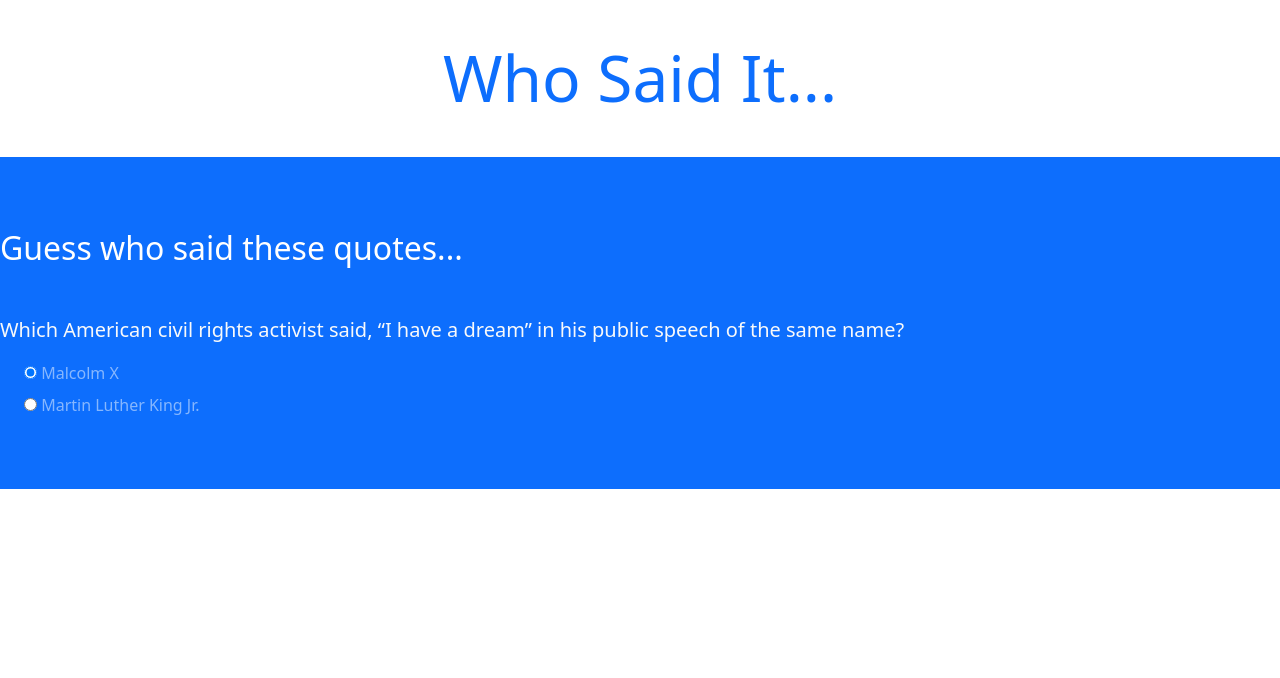
Repository: julihocc/Presentation-02-Forms-with-vanilla-JS
Page: index.html
An editor plug-in stored every save of this project. The page is shown before and after the next save, followed by the edit.
The browser window is 1280 px wide. The pictures show the whole page.

Above is the page before, as saved 2022-09-27 13:47:31.

### index.html
<!-- step 0.1: create HTML5 template -->
<!DOCTYPE html>
<html lang="en">

<head>
    <meta charset="UTF-8">
    <meta http-equiv="X-UA-Compatible" content="IE=edge">
    <meta name="viewport" content="width=device-width, initial-scale=1.0">

    <!-- step 0.4: include bootstrap -->
    <!-- CSS only -->
    <link href="https://cdn.jsdelivr.net/npm/bootstrap@5.2.1/dist/css/bootstrap.min.css" rel="stylesheet"
        integrity="sha384-iYQeCzEYFbKjA/T2uDLTpkwGzCiq6soy8tYaI1GyVh/UjpbCx/TYkiZhlZB6+fzT" crossorigin="anonymous">

    <!-- step 0.2: change title -->
    <title>Who Said It...</title>
</head>

<body>

    <!-- step 1.1 top section -->
    <div class="intro py-3 bg-white text-center">
        <div class="container">
            <h2 class="text-primary display-3 my-4">
                Who Said It...
            </h2>
        </div>
    </div>

    <!-- step 1.4: quiz section -->
    <div class="quiz py-4 bg-primary">
        <div class="containter">
            <h2 class="my-5 text-white">
                Guess who said these quotes...
            </h2>
            <!-- step 1.5: create form -->
            <form class="quiz-form text-light">
                <!-- step 1.6: create containers for each question -->
                <!-- step 1.7.1 question #1-->
                <div class="my-5">
                    <p class="lead font-weight-normal">
                        Which American civil rights activist said, “I have a dream” in his public speech of the same
                        name?
                    </p>
                    <!-- step 1.7.2 first option to question 1 -->
                    <div class="form-check my-2 text-white-50">
                        <input type="radio" name="q1" value="A" checked>
                        <label class="form-check-label">
                            Malcolm X
                        </label>
                    </div>
                    <!-- step 1.7.3 second option to quesition 2 -->
                    <div class="form-check my-2 text-white-50">
                        <input type="radio" name="q1" value="B">
                        <label class="form-check-label">
                            Martin Luther King Jr.
                        </label>
                    </div>
                </div>
            </form>
        </div>
    </div>

    <!-- step 0.3: link js -->
    <script src="app.js"></script>
</body>

</html>

Loaded but not shown: app.js (no copy from this time; the picture is the same without it)

After the next save:
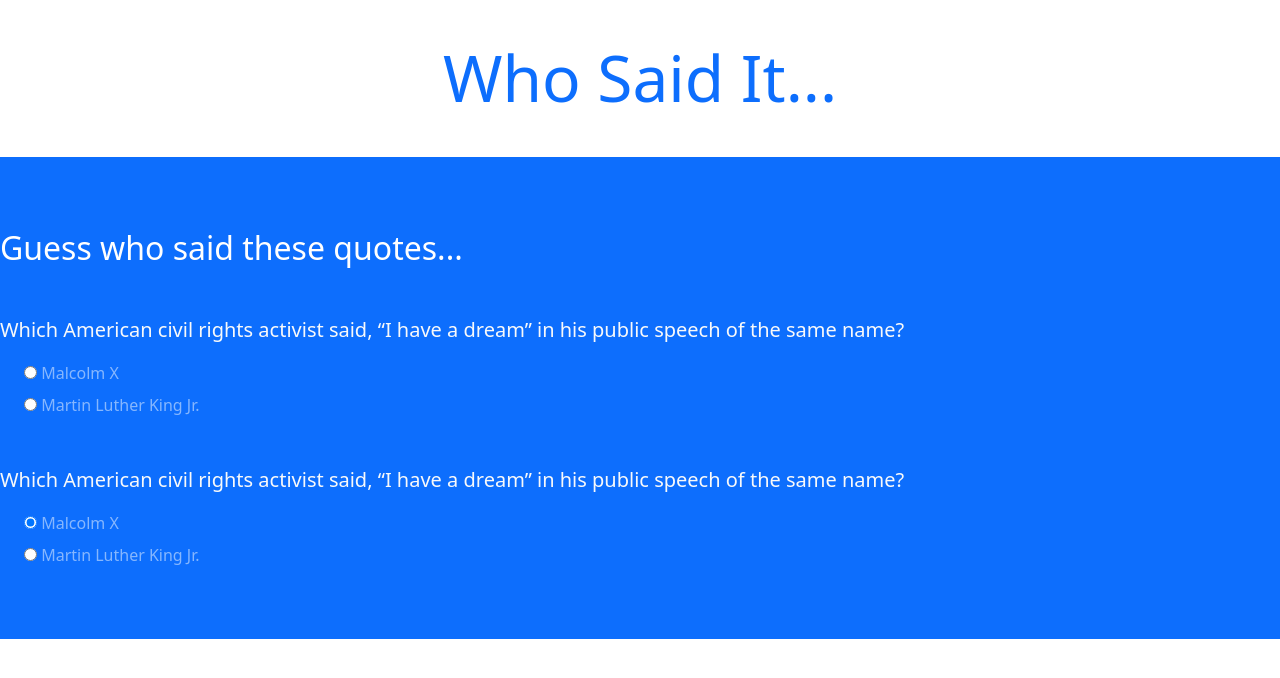
Saved 13 s later.
--- a/index.html
+++ b/index.html
@@ -56,6 +56,27 @@
                             Martin Luther King Jr.
                         </label>
                     </div>
+                    <!-- step 1.7.1 question #1-->
+                    <div class="my-5">
+                        <p class="lead font-weight-normal">
+                            Which American civil rights activist said, “I have a dream” in his public speech of the same
+                            name?
+                        </p>
+                        <!-- step 1.7.2 first option to question 1 -->
+                        <div class="form-check my-2 text-white-50">
+                            <input type="radio" name="q1" value="A" checked>
+                            <label class="form-check-label">
+                                Malcolm X
+                            </label>
+                        </div>
+                        <!-- step 1.7.3 second option to quesition 2 -->
+                        <div class="form-check my-2 text-white-50">
+                            <input type="radio" name="q1" value="B">
+                            <label class="form-check-label">
+                                Martin Luther King Jr.
+                            </label>
+                        </div>
+                    </div>
                 </div>
             </form>
         </div>
